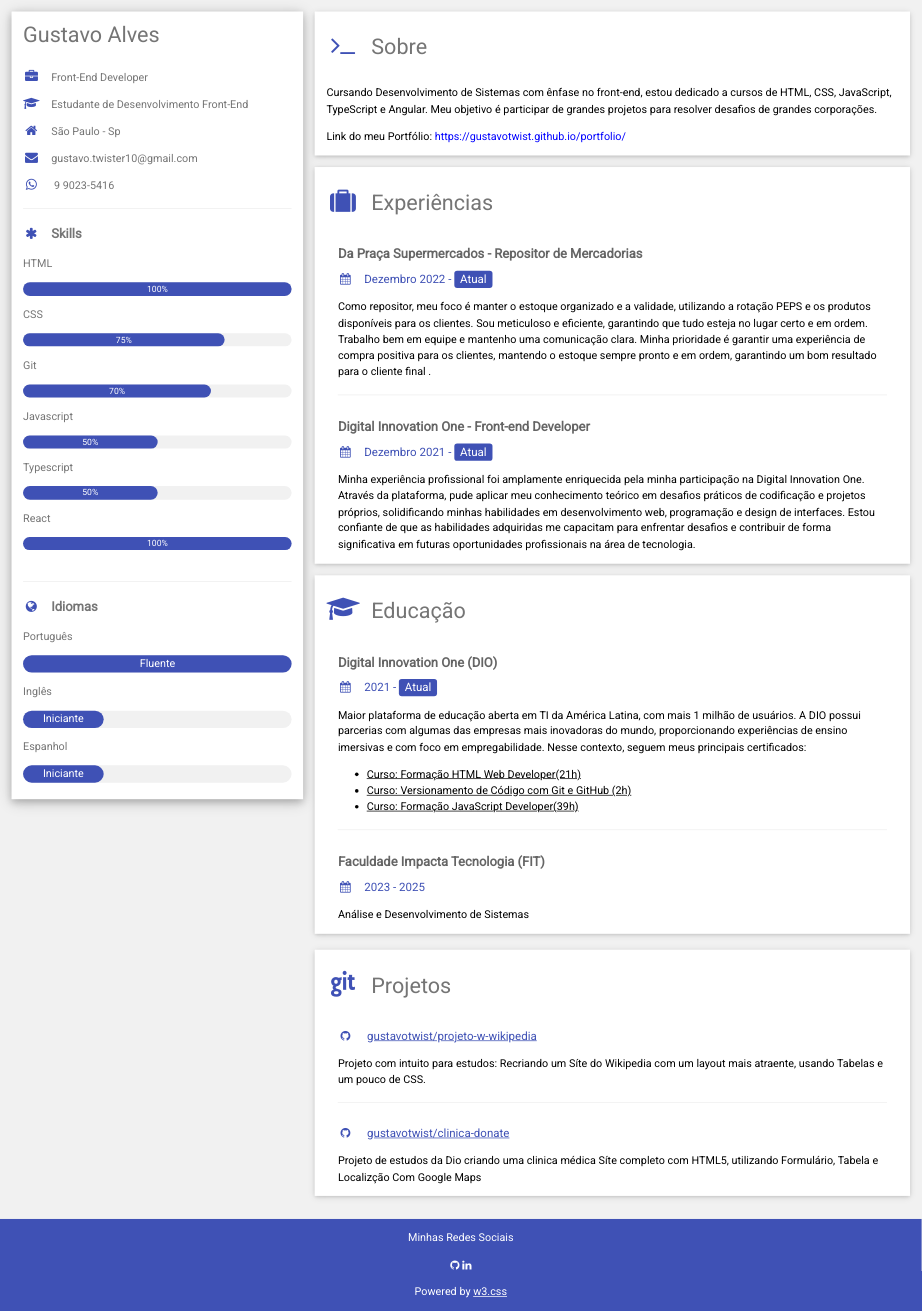
Repository: gustavotwist/cv
Page: index.html
These files come from the project's save history. The page is drawn as it stood at one moment and after a run of saves; the edit follows.
The browser window is 1280 px wide. The pictures show the whole page, at 72% of full size.

Above is the page before, as saved 2024-08-17 19:33:33.

### index.html
<!DOCTYPE html>
<!-- @falvojr: Reference article https://www.w3schools.com/howto/howto_website_create_resume.asp -->
<!-- @falvojr: Useful link to use fontawesome (fa) icons: https://fontawesome.com/v4/icons/ -->
<html lang="pt-BR">

  <head>
    <title>Gustavo Alves</title>

    <meta http-equiv="Content-Type" content="text/html; charset=UTF-8">
    <meta name="viewport" content="width=device-width, initial-scale=1">

    <link rel="stylesheet" href="https://www.w3schools.com/w3css/4/w3.css">
    <link rel='stylesheet' href='https://fonts.googleapis.com/css?family=Roboto'>
    <link rel="stylesheet" href="https://cdnjs.cloudflare.com/ajax/libs/font-awesome/4.7.0/css/font-awesome.min.css">

    <style>
      html,body,h1,h2,h3,h4,h5,h6 {font-family: "Roboto", sans-serif}
    </style>

  </head>

  <body class="w3-light-grey" cz-shortcut-listen="true">

    <!-- Page Container -->
    <div class="w3-content w3-margin-top" style="max-width:1400px;">

      <!-- The Grid -->
      <div class="w3-row-padding">

        <!-- Left Column -->
        <div class="w3-third">

          <div class="w3-white w3-text-grey w3-card-4">
            <!-- @falvojr: This container has been modified to not use a profile picture. -->
            <div class="w3-container">
              <h2>Gustavo Alves</h2>
            </div>
            <div class="w3-container">
              <p><i class="fa fa-briefcase fa-fw w3-margin-right w3-large w3-text-indigo"></i>Front-End Developer</p>
              <p><i class="fa fa-graduation-cap fa-fw w3-margin-right w3-large w3-text-indigo"></i>Estudante de Desenvolvimento Front-End</p>
              <p><i class="fa fa-home fa-fw w3-margin-right w3-large w3-text-indigo"></i>São Paulo - Sp</p>
              <p><i class="fa fa-envelope fa-fw w3-margin-right w3-large w3-text-indigo"></i><a href="mailto:gustavo.twister10@gmail.com" style="text-decoration: none;">gustavo.twister10@gmail.com</a></p>
              <p ><i class="fa fa-whatsapp fa-fw w3-margin-right w3-large w3-text-indigo"></i> <a href="tel:(11) 9 9023-5416" style="text-decoration: none;"> 9 9023-5416</a> </p>
              <hr>

              <p class="w3-large">
                <b><i class="fa fa-asterisk fa-fw w3-margin-right w3-text-indigo"></i>Skills</b>
              </p>
              <p>HTML</p>
              <div class="w3-light-grey w3-round-xlarge w3-small">
                <div class="w3-container w3-center w3-round-xlarge w3-indigo" style="width:100%">100%</div>
              </div>
              <p>CSS</p>
              <div class="w3-light-grey w3-round-xlarge w3-small">
                <div class="w3-container w3-center w3-round-xlarge w3-indigo" style="width:75%">75%</div>
              </div>
              <p>Git</p>
              <div class="w3-light-grey w3-round-xlarge w3-small">
                <div class="w3-container w3-center w3-round-xlarge w3-indigo" style="width:70%">70%</div>
              </div>
              <p>Javascript</p>
              <div class="w3-light-grey w3-round-xlarge w3-small">
                <div class="w3-container w3-center w3-round-xlarge w3-indigo" style="width:50%">50%</div>
              </div>
              <p>Typescript</p>
              <div class="w3-light-grey w3-round-xlarge w3-small">
                <div class="w3-container w3-center w3-round-xlarge w3-indigo" style="width:50%">50%</div>
              </div>
              <p>React</p>
              <div class="w3-light-grey w3-round-xlarge w3-small">
                <div class="w3-container w3-center w3-round-xlarge w3-indigo" style="width:100%">100%</div>
              </div>
              <br>
              <hr>
              <p class="w3-large w3-text-theme">
                <b><i class="fa fa-globe fa-fw w3-margin-right w3-text-indigo"></i>Idiomas</b>
              </p>
              <p>Português</p>
              <div class="w3-light-grey w3-round-xlarge">
                <div class="w3-container w3-center w3-round-xlarge w3-indigo" style="height:24px;width:100%">Fluente</div>
              </div>
              <p>Inglês</p>
              <div class="w3-light-grey w3-round-xlarge">
                <div class="w3-container w3-center w3-round-xlarge w3-indigo" style="height:24px;width:30%">Iniciante</div>
              </div>
              <p>Espanhol</p>
              <div class="w3-light-grey w3-round-xlarge">
                <div class=" w3-container w3-center w3-round-xlarge w3-indigo" style="height:24px;width:30%">Iniciante</div>
              </div>
              <br>
            </div>
          </div><br>

          <!-- End Left Column -->
        </div>

        <!-- Right Column -->
        <div class="w3-twothird">

          <div class="w3-container w3-card w3-white w3-margin-bottom">
            <h2 class="w3-text-grey w3-padding-16"><i class="fa fa-terminal fa-fw w3-margin-right w3-xxlarge w3-text-indigo"></i>Sobre</h2>
            <p>Cursando Desenvolvimento de Sistemas com ênfase no front-end, estou dedicado a cursos de HTML, CSS, JavaScript, TypeScript e Angular. Meu objetivo é participar de grandes projetos para resolver desafios de grandes corporações.</p>
            <p>Link do meu Portfólio: <a href="https://gustavotwist.github.io/portfolio/" target="_blank" style="color: blue; text-decoration: none;">https://gustavotwist.github.io/portfolio/</a></p>
          </div>

          <div class="w3-container w3-card w3-white w3-margin-bottom">
            <h2 class="w3-text-grey w3-padding-16">
              <i class="fa fa-suitcase fa-fw w3-margin-right w3-xxlarge w3-text-indigo"></i>Experiências
            </h2>
            <div class="w3-container">
              <h5 class="w3-opacity"><b>Da Praça Supermercados - Repositor de Mercadorias</b></h5>
              <h6 class="w3-text-indigo"><i class="fa fa-calendar fa-fw w3-margin-right"></i>Dezembro 2022 - <span class="w3-tag w3-indigo w3-round">Atual</span></h6>
              <p>Como repositor, meu foco é manter o estoque organizado e a validade, utilizando a rotação PEPS e os produtos disponíveis para os clientes. Sou meticuloso e eficiente, garantindo que tudo esteja no lugar certo e em ordem. Trabalho bem em equipe e mantenho uma comunicação clara. Minha prioridade é garantir uma experiência de compra positiva para os clientes, mantendo o estoque sempre pronto e em ordem, garantindo um bom resultado para o cliente final .</p>
              <hr>
            </div>
            <div class="w3-container">
              <h5 class="w3-opacity"><b>Digital Innovation One - Front-end Developer</b></h5>
                <h6 class="w3-text-indigo"><i class="fa fa-calendar fa-fw w3-margin-right"></i>Dezembro 2021 - <span class="w3-tag w3-indigo w3-round">Atual</span></h6>
                <p>
                    Minha experiência profissional foi amplamente enriquecida pela minha participação na Digital Innovation One. Através da plataforma, pude aplicar meu conhecimento teórico em desafios práticos de codificação e projetos próprios, solidificando minhas habilidades em desenvolvimento web, programação e design de interfaces. Estou confiante de que as habilidades adquiridas me capacitam para enfrentar desafios e contribuir de forma significativa em futuras oportunidades profissionais na área de tecnologia.
                </p>

            </div>
          </div>

          <div class="w3-container w3-card w3-white">
            <h2 class="w3-text-grey w3-padding-16">
              <i class="fa fa-graduation-cap fa-fw w3-margin-right w3-xxlarge w3-text-indigo"></i>Educação
            </h2>
            <div class="w3-container">
              <h5 class="w3-opacity"><b>Digital Innovation One (DIO)</b></h5>
              <h6 class="w3-text-indigo"><i class="fa fa-calendar fa-fw w3-margin-right"></i>2021 - <span class="w3-tag w3-indigo w3-round">Atual</span></h6>
              <p>
                Maior plataforma de educação aberta em TI da América Latina, com mais 1 milhão de usuários.
                A DIO possui parcerias com algumas das empresas mais inovadoras do mundo, proporcionando experiências
                de ensino imersivas e com foco em empregabilidade. Nesse contexto, seguem meus principais certificados:
              </p>
              <ul>
                <li><a href="https://www.dio.me/certificate/VDSNYTO5" target="_blank">Curso: Formação HTML Web Developer(21h)</a></li>
                <li><a href="https://www.dio.me/certificate/EA66CA6A" target="_blank">Curso: Versionamento de Código com Git e GitHub (2h)</a></li>
                <li><a href="https://www.dio.me/certificate/OST0WIWG" target="_blank">Curso: Formação JavaScript Developer(39h)</a></li>
              </ul>
              <hr>
            </div>
            <div class="w3-container">
              <h5 class="w3-opacity"><b>Faculdade Impacta Tecnologia (FIT)</b></h5>
              <h6 class="w3-text-indigo"><i class="fa fa-calendar fa-fw w3-margin-right"></i>2023 - 2025</h6>
              <p>Análise e Desenvolvimento de Sistemas</p>
            </div>
          </div><br>
          <div class="w3-container w3-card w3-white w3-margin-bottom">
            <h2 class="w3-text-grey w3-padding-16">
              <i class="fa fa-git fa-fw w3-margin-right w3-xxlarge w3-text-indigo"></i>Projetos
            </h2>
            <div class="w3-container">
              <h6 class="w3-text-indigo">
                <i class="fa fa-github fa-fw w3-margin-right"></i>
                <a href="https://github.com/gustavotwist/projeto-w-wikipedia" target="_blank">gustavotwist/projeto-w-wikipedia</a>
              </h6>
              <p>Projeto com intuito para estudos: Recriando um Síte do Wikipedia com um layout mais atraente, usando Tabelas e um pouco de CSS.</p>
              <hr>
            </div>
            <div class="w3-container">
              <h6 class="w3-text-indigo">
                <i class="fa fa-github fa-fw w3-margin-right"></i>
                <a href="https://github.com/gustavotwist/clinica-donate" target="_blank">gustavotwist/clinica-donate</a>
              </h6>
              <p>Projeto de estudos da Dio criando uma clinica médica Síte completo com HTML5, utilizando Formulário, Tabela e Localizção Com Google Maps</p>
            </div>
          </div>

          <!-- End Right Column -->
        </div>

        <!-- End Grid -->
      </div>

      <!-- End Page Container -->
    </div>

    <footer class="w3-container w3-indigo w3-center w3-margin-top">
      <p>Minhas Redes Sociais</p>
      <a href="https://github.com/gustavotwist" target="_blank"><i class="fa fa-github w3-hover-opacity"></i></a>
      <a href="https://www.linkedin.com/in/gustavoalves7/" target="_blank"><i class="fa fa-linkedin w3-hover-opacity"></i></a>
      <p>Powered by <a href="https://www.w3schools.com/w3css/default.asp" target="_blank">w3.css</a></p>
    </footer>

  </body>

</html>

After the next 2 saves:
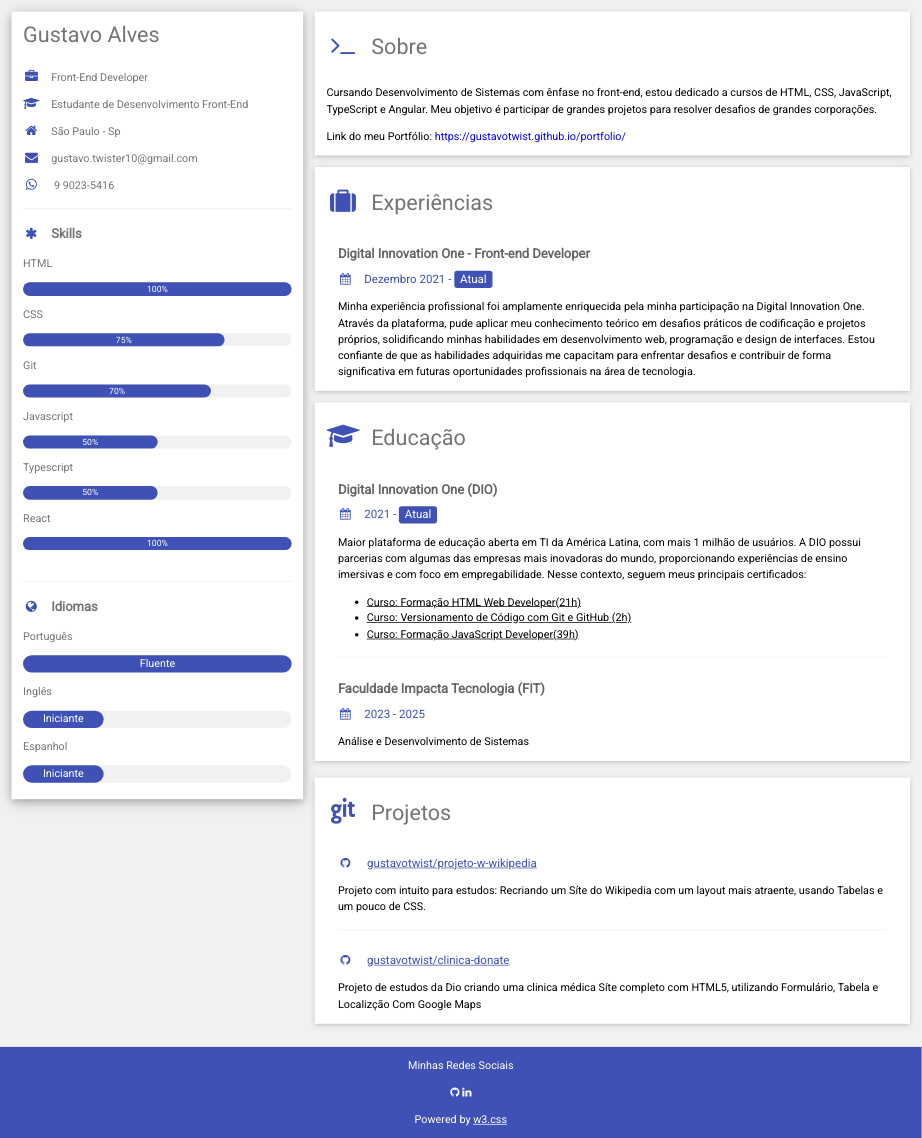
The 2 saves are shown as one change because they came seconds apart.
The last was saved 41 s later.
--- a/index.html
+++ b/index.html
@@ -108,12 +108,6 @@
               <i class="fa fa-suitcase fa-fw w3-margin-right w3-xxlarge w3-text-indigo"></i>Experiências
             </h2>
             <div class="w3-container">
-              <h5 class="w3-opacity"><b>Da Praça Supermercados - Repositor de Mercadorias</b></h5>
-              <h6 class="w3-text-indigo"><i class="fa fa-calendar fa-fw w3-margin-right"></i>Dezembro 2022 - <span class="w3-tag w3-indigo w3-round">Atual</span></h6>
-              <p>Como repositor, meu foco é manter o estoque organizado e a validade, utilizando a rotação PEPS e os produtos disponíveis para os clientes. Sou meticuloso e eficiente, garantindo que tudo esteja no lugar certo e em ordem. Trabalho bem em equipe e mantenho uma comunicação clara. Minha prioridade é garantir uma experiência de compra positiva para os clientes, mantendo o estoque sempre pronto e em ordem, garantindo um bom resultado para o cliente final .</p>
-              <hr>
-            </div>
-            <div class="w3-container">
               <h5 class="w3-opacity"><b>Digital Innovation One - Front-end Developer</b></h5>
                 <h6 class="w3-text-indigo"><i class="fa fa-calendar fa-fw w3-margin-right"></i>Dezembro 2021 - <span class="w3-tag w3-indigo w3-round">Atual</span></h6>
                 <p>
